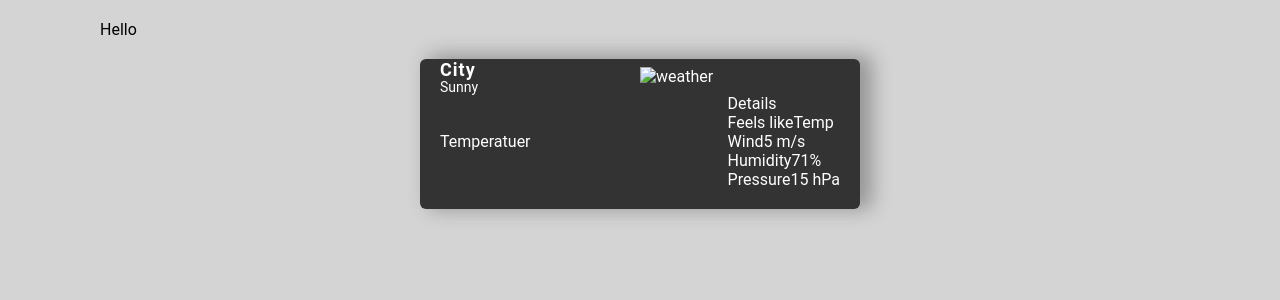
Repository: sedat-akdogan/React_Weather
Page: / (app in london_weather/)
An editor plug-in stored every save of this project. The page is shown before and after a run of saves, followed by the edit.
The browser window is 1280 px wide. The pictures show the whole page.
The project was rebuilt for these pictures with package versions that can differ from the ones it lists, and the page was loaded fresh each time.

Above is the page before, as saved 2023-07-09 17:54:08.

### london_weather/src/index.css
body {
    margin: 0;
    font-family: 'Roboto', Arial !important;
    -webkit-font-smoothing: antialiased;
    -moz-osx-font-smoothing: grayscale;
    background-color: #d5d4d4;
}

code {
    font-family: source-code-pro, Menlo, Monaco, Consolas, 'Courier New',
        monospace;
}

### london_weather/src/App.js
import Search from './components/search/Search';
import './App.css';
import CurrentWeather from './components/current-weather/current-weather';

function App() {

    const handleOnSearchChange = (searchData) => {
        console.log(searchData);
    }

    return (
        <div className="container">
            <Search onSearchChange={handleOnSearchChange} />
            <CurrentWeather />
        </div>
    );
}

export default App;

### london_weather/src/components/search/Search.js
import React from "react";


const Search = () => {
    return ("Hello");
}

export default Search;

### london_weather/src/App.css
.container {
    max-width: 1080px;
    margin: 20px auto;
}

### london_weather/src/components/current-weather/current-weather.js
import "./current-weather.css";


const CurrentWeather = () => {
    return (
        <div className="weather">
            <div className="top">
                <div>
                    <p className="city">City</p>
                    <p className="weather-description">Sunny</p>
                </div>
                <img src="" alt="weather" className="weather-icon" />
            </div>
            <div className="bottom">
                <p className="temperature">Temperatuer</p>
                <div className="details">
                    <div className="parameter-row">
                        <span className="parameter-label">Details</span>
                    </div>
                    <div className="parameter-row">
                        <span className="parameter-label">Feels like</span>
                        <span className="parameter-value">Temp</span>
                    </div>
                    <div className="parameter-row">
                        <span className="parameter-label">Wind</span>
                        <span className="parameter-value">5 m/s</span>
                    </div>
                    <div className="parameter-row">
                        <span className="parameter-label">Humidity</span>
                        <span className="parameter-value">71%</span>
                    </div>
                    <div className="parameter-row">
                        <span className="parameter-label">Pressure</span>
                        <span className="parameter-value">15 hPa</span>
                    </div>
                </div>
            </div>
        </div>
    );
};

export default CurrentWeather;

### london_weather/src/components/current-weather/current-weather.css
.weather {
    width: 400px;
    border-radius: 6px;
    box-shadow: 10px -2px 20px 2px rgb(0 0 0 / 30%);
    color: #fff;
    background-color: #333;
    margin: 20px auto 0 auto;
    padding: 0 20px 20px 20px;
}

.top, .bottom {
    display: flex;
    justify-content: space-between;
    align-items: center;
}

.city {
    font-weight: 600;
    font-size: 18px;
    margin: 0;
    letter-spacing: 1px;
}

.weather-description {
    font-weight: 400;
    font-size: 14px;
    line-height: 1;
    margin: 0;
}

.weather-icon {
    width: 200px;
}

Loaded but not shown: london_weather/public/index.html (common file); london_weather/src/index.js (common file); london_weather/src/reportWebVitals.js (common file)

After the next 2 saves:
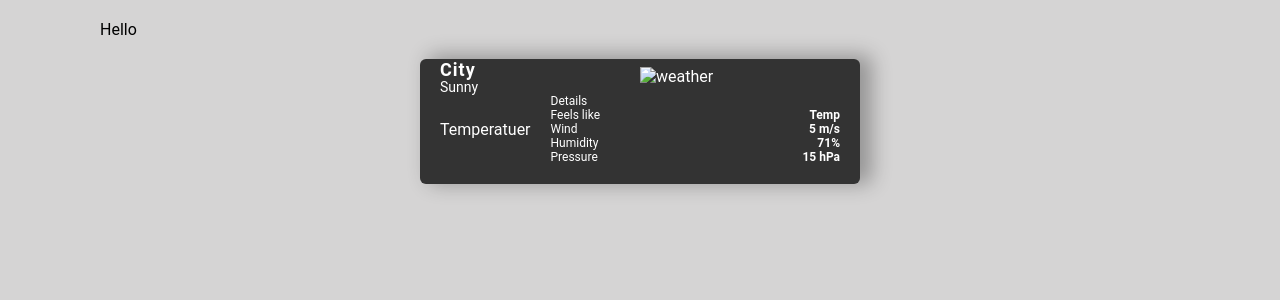
The 2 saves are shown as one change because they came seconds apart.
The last was saved 51 s later.
--- a/london_weather/src/components/current-weather/current-weather.css
+++ b/london_weather/src/components/current-weather/current-weather.css
@@ -31,3 +31,37 @@
 .weather-icon {
     width: 200px;
 }
+
+temperature {
+    font-weight: 600;
+    font-size: 70px;
+    width: auto;
+    letter-spacing: -5px;
+    margin: 10px 0;
+  }
+
+  .details {
+    width: 100%;
+    padding-left: 20px;
+  }
+
+  .parameter-row {
+    display: flex;
+    justify-content: space-between;
+  }
+
+  .parameter-label {
+    text-align: left;
+    font-weight: 400;
+    font-size: 12px;
+  }
+
+  .parameter-value {
+    text-align: right;
+    font-weight: 600;
+    font-size: 12px;
+  }
+
+  .parameter-label.top {
+    border-bottom: 1px solid #fff;
+  }
